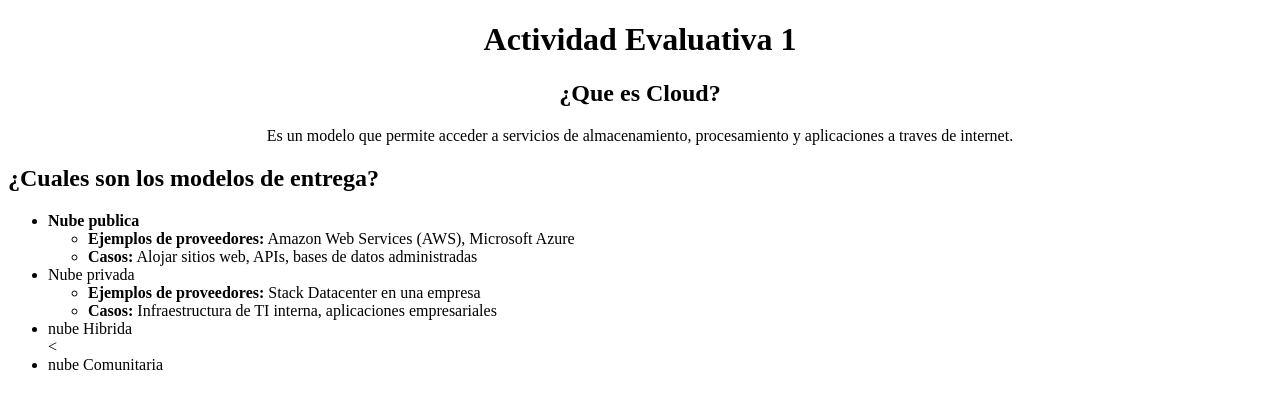
Repository: Laura-Oliveros/Actividad-Evaluativa-1
Page: LauSebas.html
These files come from the project's save history. The page is drawn as it stood at one moment and after the next save; the edit follows.
The browser window is 1280 px wide. The pictures show the whole page.

Above is the page before, as saved 2025-09-04 19:03:39.

After the next save:
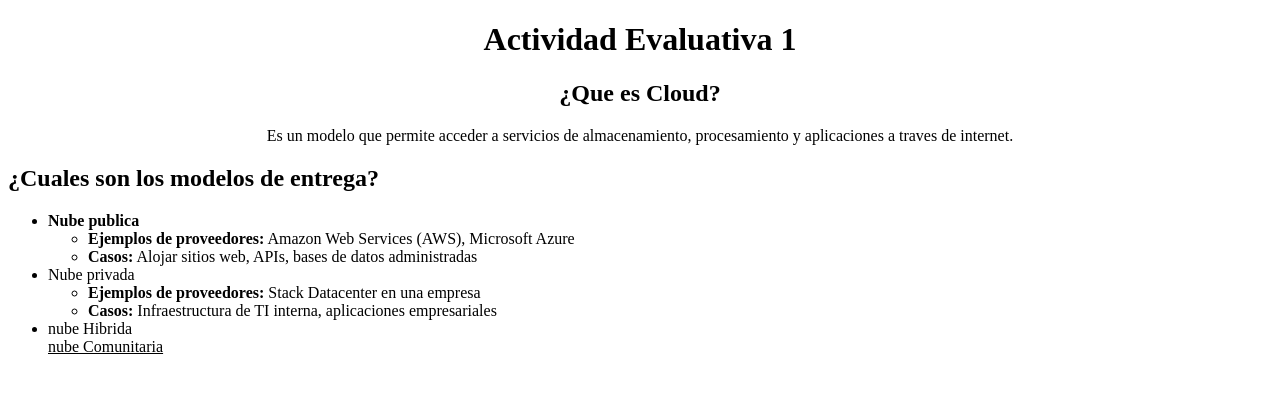
Saved 4 s later.
--- a/LauSebas.html
+++ b/LauSebas.html
@@ -28,7 +28,7 @@
             </ul>
 
             <li>nube Hibrida</li>
-            <
+            <u
             <li>nube Comunitaria</li>
         </ul>
 
